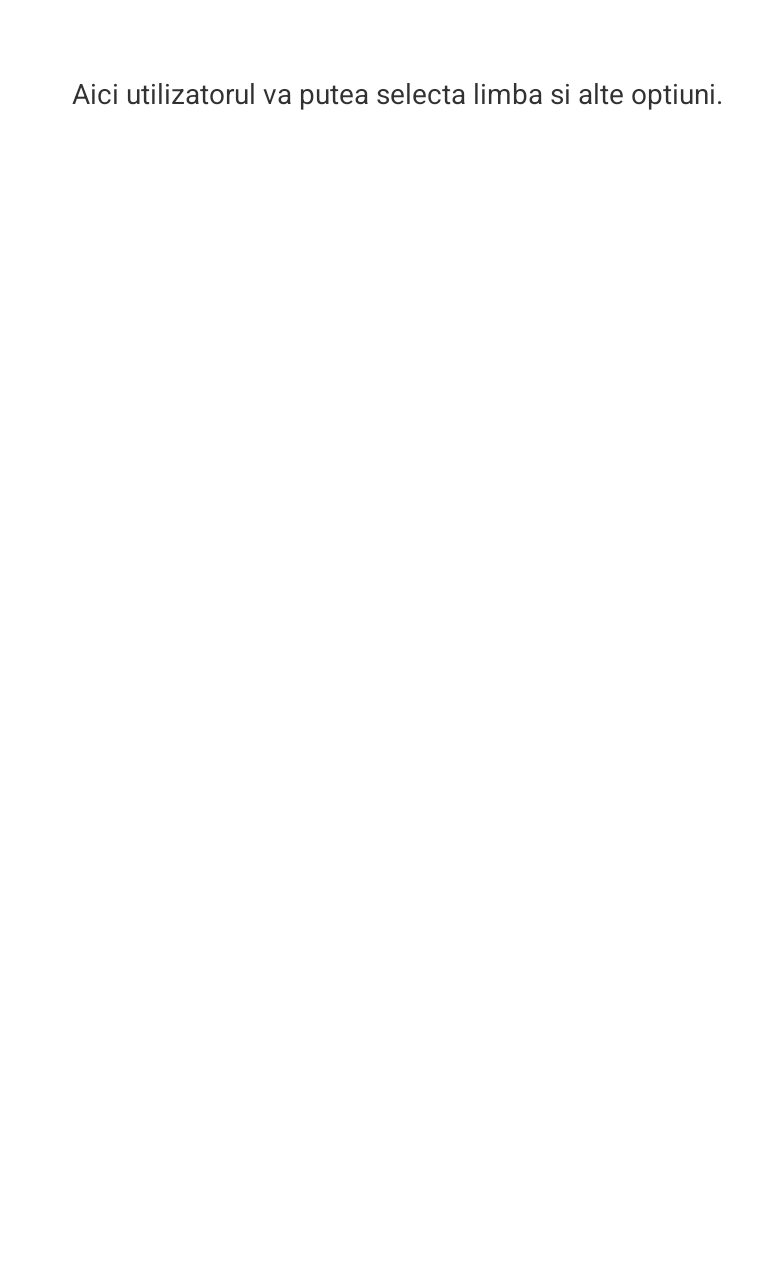
Repository: bogdanelu83/Workspace2
Layout: ip2tara/res/layout/activity_setari.xml
The author's editor kept a copy of each file at every save. The layout is drawn from the files as they stood at one save, then again after the next save.
It is drawn on a 768 x 1280 px phone screen (xhdpi) without system bars, with theme AppTheme; the app's code is not run.

Above is the layout before, as saved 2014-12-07 23:12:26.

After the next save:
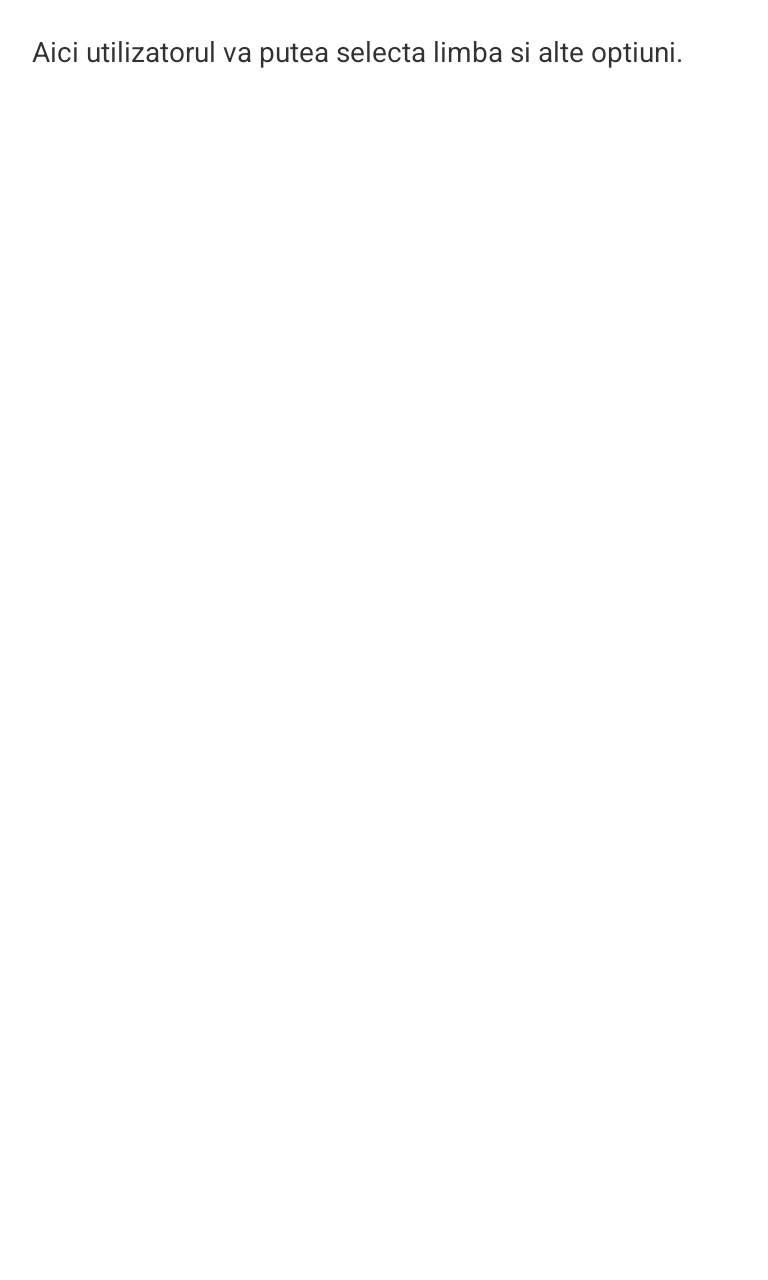
Saved 15 s later.
--- a/ip2tara/res/layout/activity_setari.xml
+++ b/ip2tara/res/layout/activity_setari.xml
@@ -12,10 +12,7 @@
         android:id="@+id/textView1"
         android:layout_width="wrap_content"
         android:layout_height="wrap_content"
-        android:layout_alignParent="true"
-        android:layout_alignParentTop="true"
-        android:layout_marginLeft="20dp"
-        android:layout_marginTop="21dp"
+
         android:text="@string/setari_text" />
 
 </RelativeLayout>
